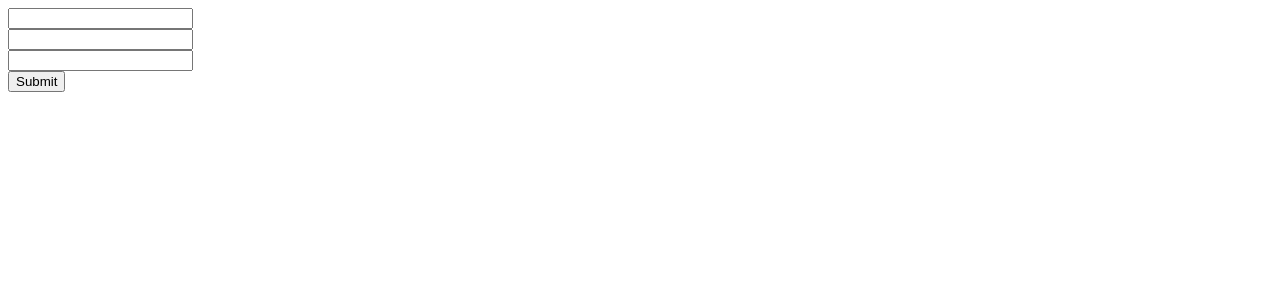
Repository: nomi474/springbootwithRestApi
Page: http://localhost/bootjpa/home.jsp
These files come from the project's save history. The page is drawn as it stood at one moment and after the next save; the edit follows.
The browser window is 1280 px wide. The pictures show the whole page.
The page is served by Tomcat 9. Other server files are loaded and not shown.

Above is the page before, as saved 2020-08-13 14:39:46.

### bootjpa/src/main/webapp/home.jsp
<%@ page language="java" contentType="text/html; charset=ISO-8859-1"
    pageEncoding="ISO-8859-1"%>
<!DOCTYPE html>
<html>
<head>
<meta charset="ISO-8859-1">
<title>Insert title here</title>
</head>
<body>
	<form action="addAlien">
	<input type="text" name="aid"><br>
	<input type="text" name="aname"><br>
	<input type="text" name="tech"><br>
	<input type="submit"><br>
	</form>
</body>
</html>

After the next save:
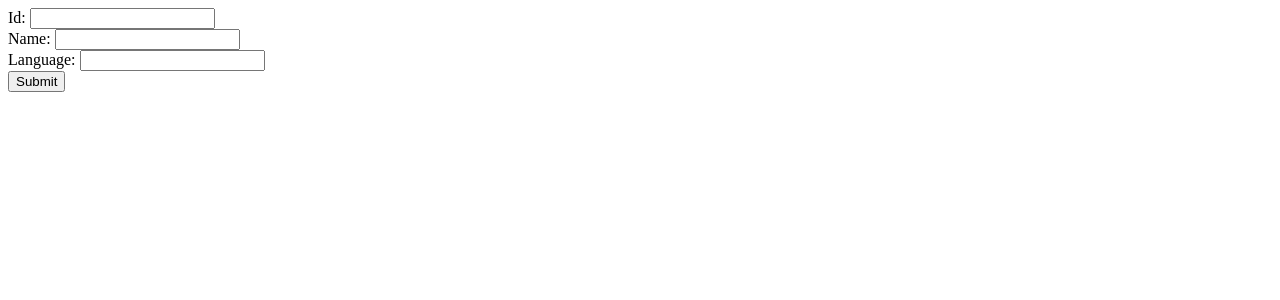
Saved 31 s later.
--- a/bootjpa/src/main/webapp/home.jsp
+++ b/bootjpa/src/main/webapp/home.jsp
@@ -8,8 +8,11 @@
 </head>
 <body>
 	<form action="addAlien">
+	Id:
 	<input type="text" name="aid"><br>
+	Name:
 	<input type="text" name="aname"><br>
+	Language:
 	<input type="text" name="tech"><br>
 	<input type="submit"><br>
 	</form>
